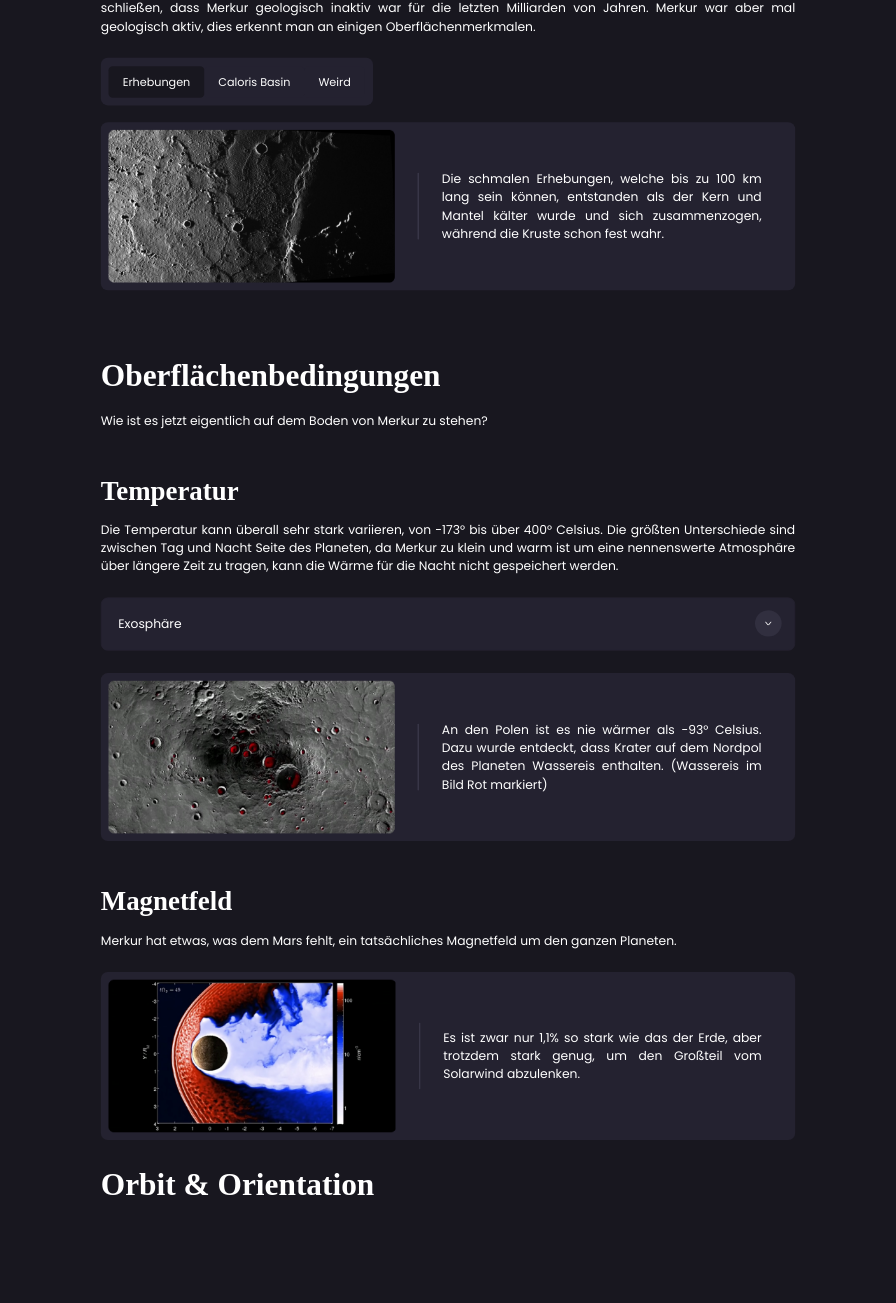
Repository: moreno-livak/solar
Page: dist/html/merkur.html
These files come from the project's save history. The page is drawn as it stood at one moment and after a run of saves; the edit follows.
The browser window is 1280 px wide. The pictures show the part of the page from y = 1922 to 3842 px (the page is 3783 px tall before and 3842 px after), at 70% of full size.
The style sheet was rebuilt from its Sass, Less or Tailwind sources for each picture, by a compiler version that may differ from the author's.

Above is the page before, as saved 2022-05-07 13:46:58.

After the next 2 saves:
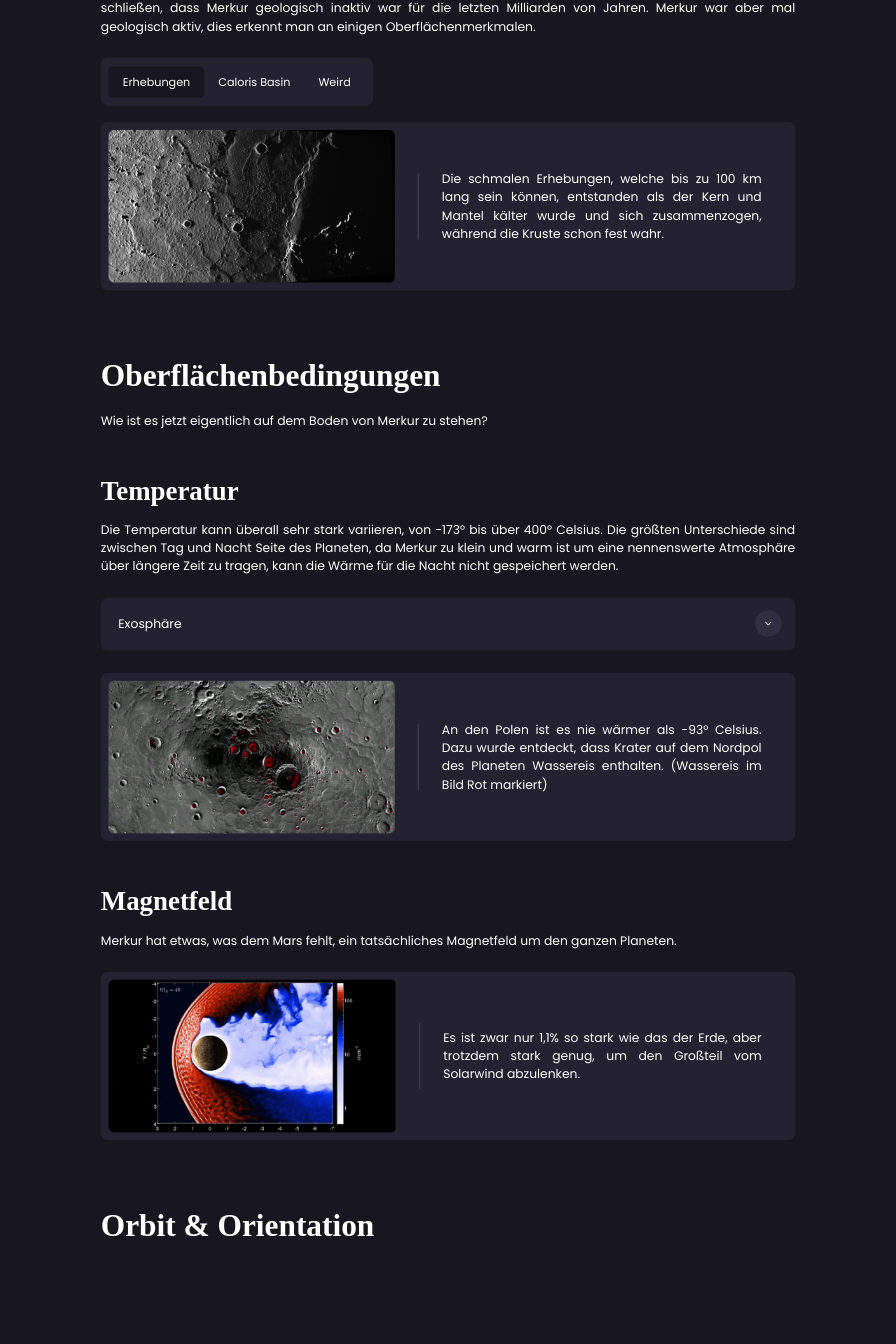
The 2 saves are shown as one change because they came seconds apart.
The last was saved 26 s later.
--- a/dist/html/merkur.html
+++ b/dist/html/merkur.html
@@ -193,7 +193,7 @@
 
 
 
-    <h1>Orbit & Orientation</h1>
+    <h1 class="top">Orbit & Orientation</h1>
 
 
   </section>
